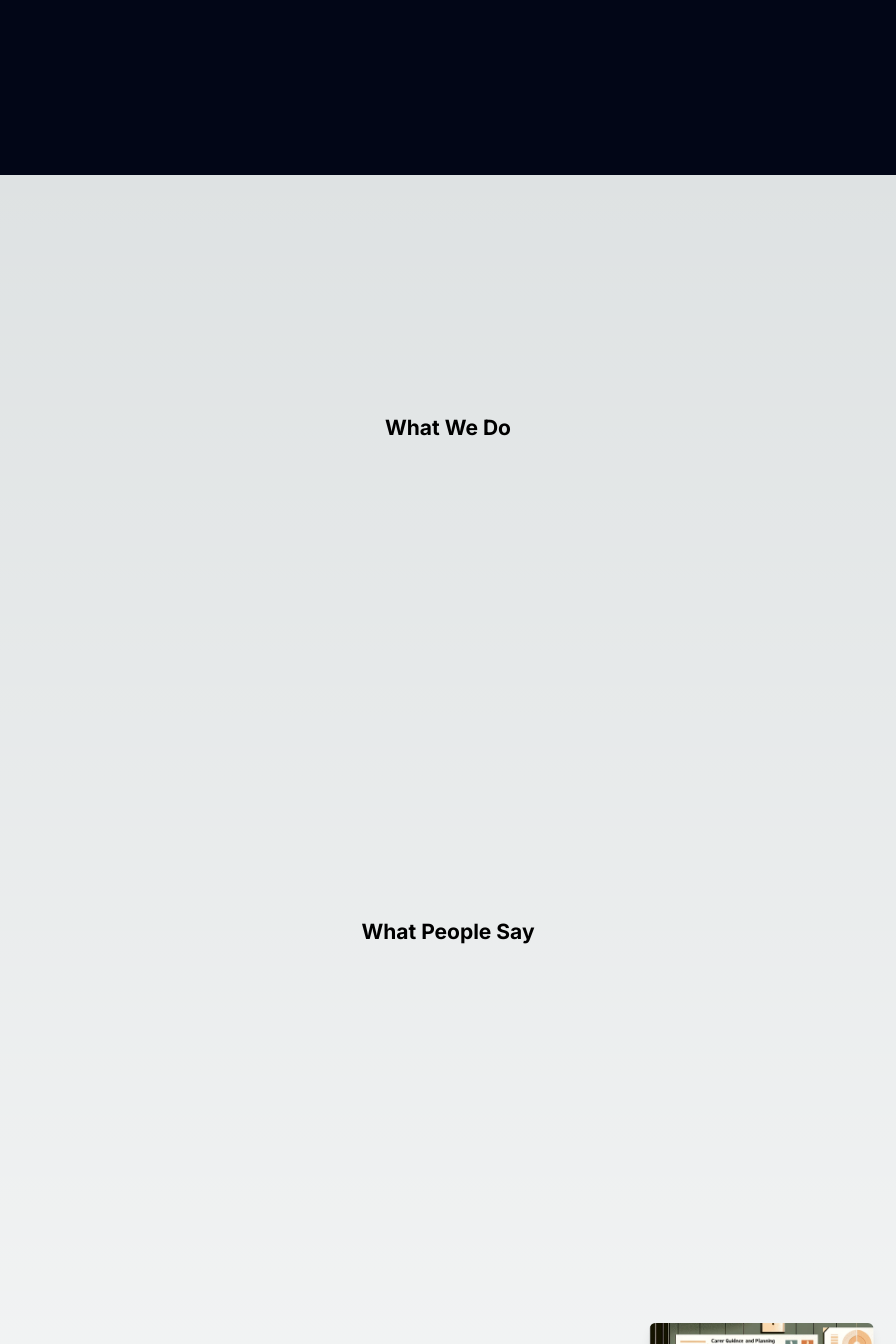
Repository: PositiveGuy/GuidanceGrove
Page: /
The author's editor kept a copy of each file at every save. The page is drawn from the files as they stood at one save, then again after the next save.
The browser window is 1280 px wide. The pictures show the part of the page from y = 470 to 2390 px (the page is 3600 px tall before and 3874 px after), at 70% of full size.
The project was rebuilt for these pictures with package versions that can differ from the ones it lists, and the page was loaded fresh each time. The framework's server and built-in components were replaced by stand-ins that run in the browser. Also part of the build but not shown: next.config.js.

Above is the page before, as saved 2023-12-28 11:28:06.

### src/app/layout.tsx
import React from 'react';
import Header from '../components/header';
import Footer from '../components/footer';
import { Inter } from 'next/font/google';
import './globals.css';
import { ThemeContextProvider } from '@/context/ThemeContext';
import ThemeProvider from '@/providers/ThemeProvider';
import ThemeWrapper from '@/components/ThemeWrapper';

//font
const inter = Inter({ subsets: ['latin'] });



//header and footer layout
const RootLayout = ({ children }: { children: React.ReactNode }) => {
  return (
    <html lang='en'>
      <body>
        <ThemeContextProvider>
          <ThemeProvider>
            <Header />

            <main className={inter.className}>{children}</main>

          </ThemeProvider>
        </ThemeContextProvider>
      </body>
    </html>
  );
};

export default RootLayout;

### src/app/page.tsx
import React from 'react';
//components import
import BelieveSection from '../components/BelieveSection';
import ServicesSection from '../components/ServicesSection';
import TestimonialsSection from '../components/TestimonialsSection';
import CallToActionSection from '../components/CallToActionSection';
import ContactSection from '../components/ContactSection';


//page layout
const Page = () => {
  return (
    <>

      <BelieveSection />
      <ServicesSection />
      <TestimonialsSection />
      <CallToActionSection />
      <ContactSection />
    </>
  );
};

export default Page;

### src/components/header.tsx
"use client"
import ThemeToggle from "./ThemeToggle";


const Header = () => {
  return (
    <nav className="fixed z-50 w-full flex justify-between items-center p-5 bg-black">
      {/* Left Side: Logo and GuidanceGrove™ */}
      <div className="flex items-center space-x-3">
        <img src="/Logo/guidance-grove-logo.png" alt="Guidance Grove Logo" className="h-12 w-12 rounded-full" />
        <div className="text-xl font-caveat font-bold text-white">
          GuidanceGrove™
        </div>
      </div>

      {/* Center: Navigation Links */}
      <div>
        <ul className="flex space-x-4">
          <li><a href="/" className="text-neutral-400 hover:text-white">Home</a></li>
          <li><a href="/about" className="text-neutral-400 hover:text-white">About</a></li>
          <li><a href="/services" className="text-neutral-400 hover:text-white">Services</a></li>
          <li><a href="/contact" className="text-neutral-400 hover:text-white">Contact</a></li>
        </ul>
      </div>

      {/* Right Side: Placeholders for Language, Search, and Dark Mode Toggle */}
      <div className="flex items-center space-x-3">
        <div className="text-white">Language</div>
        <div className="text-white">Search</div>
        <ThemeToggle />
      </div>
    </nav>
  );
};

export default Header;

### src/app/globals.css
@tailwind base;
@tailwind components;
@tailwind utilities;

:root {
  --foreground-rgb: 0, 0, 0;
  --background-start-rgb: 214, 219, 220;
  --background-end-rgb: 255, 255, 255;
}

@media (prefers-color-scheme: dark) {
  :root {
    --foreground-rgb: 255, 255, 255;
    --background-start-rgb: 0, 0, 0;
    --background-end-rgb: 0, 0, 0;
  }
}

body {
  color: rgb(var(--foreground-rgb));
  background: linear-gradient(
      to bottom,
      transparent,
      rgb(var(--background-end-rgb))
    )
    rgb(var(--background-start-rgb));
}

.custom-shadow {
    box-shadow: 0 2px 4px rgba(0, 0, 0, 0.2);
}

### src/context/ThemeContext.tsx
"use client"
import { createContext, useState, ReactNode, useEffect } from "react"

interface ChildrenProps {
    children: ReactNode
}

interface ThemeContextType {
    theme: string
    toggle: () => void
}

// This component is responsible to registering and remembering what theme was chosen by the user
// we use local storage for that
export const ThemeContext = createContext<ThemeContextType>({
    theme: "light",
    toggle: () => { },
})

function getFromLocalStorage() {
    if (typeof window === "undefined") {
        return "light";
    }
    const storedTheme = localStorage.getItem("theme");
    console.log("Initial theme from localStorage:", storedTheme); // Debug log
    return storedTheme || "light";
}


export const ThemeContextProvider = ({ children }: ChildrenProps) => {
    const [theme, setTheme] = useState<string>(getFromLocalStorage)

    // since next.js uses server side rendering, we must specify if the transition to client is completed
    const toggle = () => {
        setTheme(prevTheme => prevTheme === "light" ? "dark" : "light");
    };



    useEffect(() => {
        console.log("Updating theme in localStorage to:", theme); // Debug log
        localStorage.setItem("theme", theme);
    }, [theme]);



    return <ThemeContext.Provider value={{ theme, toggle }}>{children}</ThemeContext.Provider>
}

### src/providers/ThemeProvider.tsx
"use client"

import { ThemeContext } from "@/context/ThemeContext"
import { useState, useEffect, useContext, ReactNode } from "react"


interface ChildrenProps {
    children: ReactNode
}

// this component is created to keep the layout/page as server side rendered.
// useContext() requires you to have "use client"

export default function ThemeProvider({ children }: ChildrenProps) {
    const { theme } = useContext(ThemeContext)
    const [mounted, setMounted] = useState(false)

    useEffect(() => {
        setMounted(true)
    }, [])

    if (mounted) {
        return <div className={theme}>{children}</div>
    }
    return <div className={theme}>{children}</div>
}

### src/components/BelieveSection.tsx
"use client"
import { ThemeContext } from "@/context/ThemeContext";
import { useContext } from "react";

const BelieveSection = () => {
  const { theme } = useContext(ThemeContext)
  return (
    <div id="believe" className={`h-screen flex items-center justify-center ${theme === "light" ? "bg-slate-950" : "bg-red-500"} `}>
      <div className="text-center">
        <h2 className="text-3xl font-bold">What We Believe</h2>
        <p className="mt-4">At Guidance Grove, we are dedicated to illuminating the path of learning for every student.
          We believe that education is a journey best navigated with support, understanding, and personalized guidance.
          Our mission is to provide a nurturing environment where learners of all ages and backgrounds
          can discover their potential, overcome challenges, and achieve their academic goals.
          Through a combination of expert tutoring, mentorship, and a commitment to individual growth,
          we strive to empower students to take confident steps towards their future,
          fostering lifelong learners who are equipped to navigate the world with knowledge and curiosity.</p>
      </div>
    </div>
  );
};

export default BelieveSection;

### src/components/ServicesSection.tsx
"use client"
import { ThemeContext } from "@/context/ThemeContext";
import { useContext } from "react";

const ServicesSection = () => {
  const { theme } = useContext(ThemeContext)
  return (
    <div id="services" className={`h-screen flex items-center justify-center  `}>
      <div className="text-center">
        <h2 className="text-3xl font-bold">What We Do</h2>
        {/* Add service details here */}
      </div>
    </div>
  );
};

export default ServicesSection;

### src/components/TestimonialsSection.tsx
"use client"
import { ThemeContext } from "@/context/ThemeContext";
import { useContext } from "react";

const TestimonialsSection = () => {
  const { theme } = useContext(ThemeContext)
  return (
    <div id="testimonials" className={`h-screen flex items-center justify-center   `}>
      <div className="text-center">
        <h2 className="text-3xl font-bold">What People Say</h2>
        {/* Add testimonials here */}
      </div>
    </div>
  );
};

export default TestimonialsSection;

### src/components/CallToActionSection.tsx
"use client"
import { ThemeContext } from "@/context/ThemeContext";
import { useContext } from "react";

const CallToActionSection = () => {
  const { theme } = useContext(ThemeContext)
  return (
    <div id="cta" className={`h-screen flex items-center justify-center  `}>
      <div className="container mx-auto px-4 sm:px-6 lg:px-8">
        <div className="flex flex-wrap -mx-4 items-center">
          <div className="text-left lg:w-1/2 px-4 mb-4 lg:mb-0">
            <h2 className="text-5xl font-bold">Payments tool for software companies</h2>
            <p className="mt-2 text-lg">From checkout to global sales tax compliance, companies around the world use Flowbite to simplify their payment stack.</p>
            <button className="mt-4 bg-blue-500 text-white py-2 px-4 rounded hover:bg-blue-700">
              Get started ➤
            </button>
          </div>
          <div className="lg:w-1/2 px-4 flex justify-center lg:justify-end">
            <img src="DALLE/career.png" alt="Software Payment Tool" className="object-contain lg:object-cover h-80 w-full lg:w-auto rounded-lg shadow-lg" />
          </div>
        </div>
      </div>
    </div>
  );
};

export default CallToActionSection;

### src/components/ContactSection.tsx
"use client"
import { ThemeContext } from "@/context/ThemeContext";
import { useContext } from "react";

const ContactSection = () => {
  const { theme } = useContext(ThemeContext)
  return (
    <div id="contact" className={`h-screen flex items-center justify-center  `}>
      <div className="text-center">
        <h2 className="text-3xl font-bold">Contact Us</h2>
        {/* Add contact form or information here */}
      </div>
    </div>
  );
};

export default ContactSection;

### src/components/ThemeToggle.tsx
"use client"
import { useContext } from 'react'
import { Switch } from '@headlessui/react'
import { ThemeContext } from '@/context/ThemeContext'

export default function Example() {
    const { toggle, theme } = useContext(ThemeContext)

    // Determine if the switch should be on or off based on the current theme
    const isDarkMode = theme === 'dark'

    return (
        <div className="flex items-center justify-center p-6"> {/* Adjusted for centering */}
            <Switch
                checked={isDarkMode}
                onChange={toggle} // Use the toggle function from context
                className={`${isDarkMode ? 'bg-teal-900' : 'bg-teal-700'}
                    relative inline-flex items-center h-6 rounded-full w-11 transition-colors focus:outline-none`}
            >
                <span className="sr-only">Toggle theme</span>
                <span
                    aria-hidden="true"
                    className={`${isDarkMode ? 'translate-x-6' : 'translate-x-1'}
                        inline-block w-4 h-4 transform bg-white rounded-full transition-transform`}
                />
            </Switch>
        </div>
    )
}

### tailwind.config.ts
import type { Config } from 'tailwindcss'

const config: Config = {
  content: [
    './src/pages/**/*.{js,ts,jsx,tsx,mdx}',
    './src/components/**/*.{js,ts,jsx,tsx,mdx}',
    './src/app/**/*.{js,ts,jsx,tsx,mdx}',
  ],
  theme: {
    extend: {
      backgroundImage: {
        'gradient-radial': 'radial-gradient(var(--tw-gradient-stops))',
        'gradient-conic':
          'conic-gradient(from 180deg at 50% 50%, var(--tw-gradient-stops))',

      },
      colors: {
        sage: '#B9D0AA',
      },

      fontFamily: {
        caveat: ['Caveat', 'cursive'],
      },

    },

  },
  plugins: [],
}
export default config

### src/components/footer.tsx
import Image from "next/image";

const Footer = () => {
    return (
      <footer className="p-5 bg-black shadow-inner text-center">
        <div className="flex justify-center space-x-8 mt-10">
          {/* Placeholder for social icons */}
          <Image src={"/SVGs/ig.svg"} width={50} height={50} alt="ig"></Image>
          <Image src={"/SVGs/fb.svg"} width={50} height={50} alt="fb"></Image>
          <Image src={"/SVGs/tw.svg"} width={50} height={50} alt="tw"></Image>
          <Image src={"/SVGs/wa.svg"} width={50} height={50} alt="wa"></Image>
          <Image src={"/SVGs/yt.svg"} width={50} height={50} alt="in"></Image>
        </div>

        <div className="flex justify-center space-x-1 mb-10 text-teal-50">
          <div className="mt-20">
            ©2023; designed with love and care by
          </div>
          <div className="mt-20 font-caveat">
          GuidanceGrove™
          </div>
        </div>
      </footer>
    );
  };
  //make GuidanceGrove in font Caveat
  export default Footer;

### src/components/ThemeWrapper.tsx
"use client"
import React, { useContext } from 'react';
import { ThemeContext } from '@/context/ThemeContext';

const ThemeWrapper = ({ children }: { children: React.ReactNode }) => {
    const { theme } = useContext(ThemeContext);

    return (
        <div className={`${theme === "light" ? " bg-sage" : "bg-gray-700"}`}>
            {children}
        </div>
    );
};

export default ThemeWrapper;

After the next save:
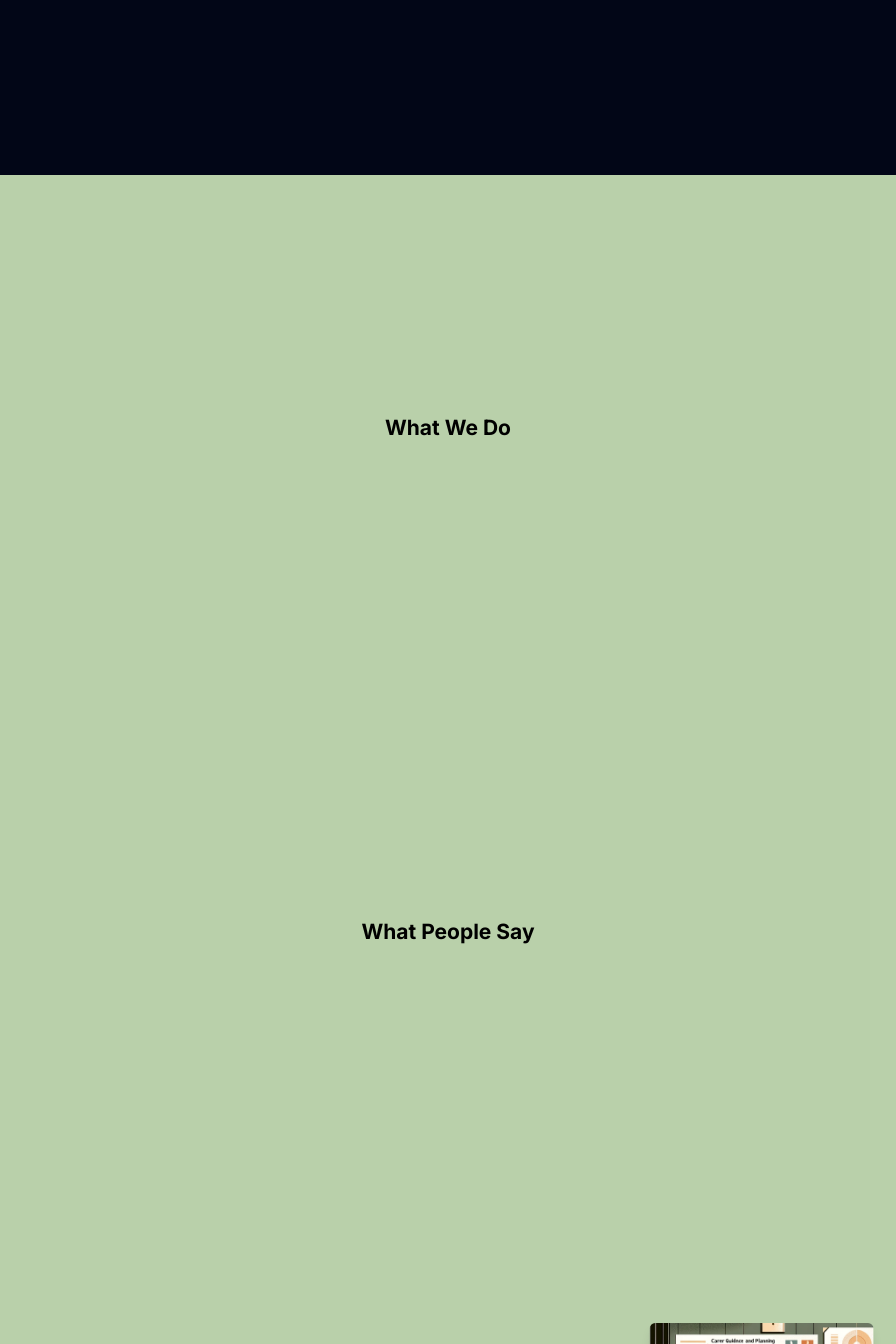
Saved 15 s later.
--- a/src/app/layout.tsx
+++ b/src/app/layout.tsx
@@ -20,9 +20,10 @@ const RootLayout = ({ children }: { children: React.ReactNode }) => {
         <ThemeContextProvider>
           <ThemeProvider>
             <Header />
-
-            <main className={inter.className}>{children}</main>
-
+            <ThemeWrapper>
+              <main className={inter.className}>{children}</main>
+            </ThemeWrapper>
+            <Footer />
           </ThemeProvider>
         </ThemeContextProvider>
       </body>
